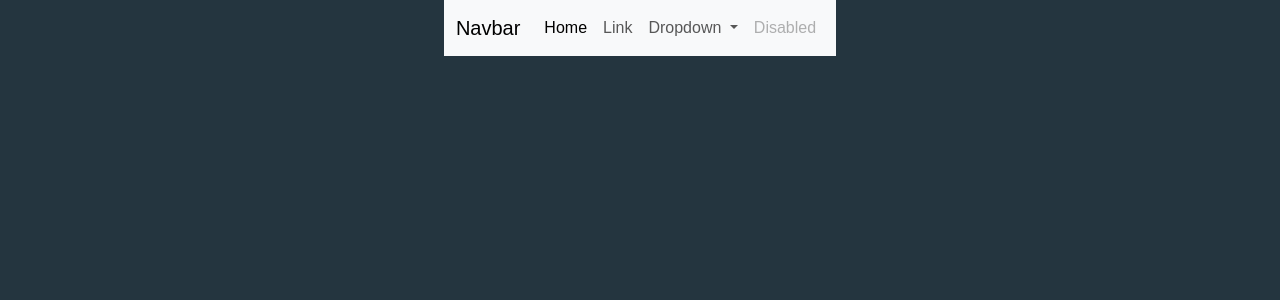
Repository: bodajava/TASK-4
Page: theerdIndex.html
These files come from the project's save history. The page is drawn as it stood at one moment and after the next save; the edit follows.
The browser window is 1280 px wide. The pictures show the whole page.

Above is the page before, as saved 2025-06-18 05:19:57.

### theerdIndex.html
<!DOCTYPE html>
<html lang="en">
  <head>
    <link rel="stylesheet" href="CSS/all.min.css" />
    <link rel="stylesheet" href="CSS/bootstrap.css" />
    <link rel="stylesheet" href="CSS/style.css" />
    <meta charset="UTF-8" />
    <meta name="viewport" content="width=device-width, initial-scale=1.0" />
    <title>Document</title>
  </head>
  <body>
    <nav class="navbar navbar-expand-lg bg-body-tertiary">
      <div class="container-fluid">
        <a class="navbar-brand" href="#">Navbar</a>
        <button
          class="navbar-toggler"
          type="button"
          data-bs-toggle="collapse"
          data-bs-target="#navbarSupportedContent"
          aria-controls="navbarSupportedContent"
          aria-expanded="false"
          aria-label="Toggle navigation"
        >
          <span class="navbar-toggler-icon"></span>
        </button>
        <div class="collapse navbar-collapse" id="navbarSupportedContent">
          <ul class="navbar-nav me-auto mb-2 mb-lg-0">
            <li class="nav-item">
              <a class="nav-link active" aria-current="page" href="#">Home</a>
            </li>
            <li class="nav-item">
              <a class="nav-link" href="#">Link</a>
            </li>
            <li class="nav-item dropdown">
              <a
                class="nav-link dropdown-toggle"
                href="#"
                role="button"
                data-bs-toggle="dropdown"
                aria-expanded="false"
              >
                Dropdown
              </a>
              <ul class="dropdown-menu">
                <li><a class="dropdown-item" href="#">Action</a></li>
                <li><a class="dropdown-item" href="#">Another action</a></li>
                <li><hr class="dropdown-divider" /></li>
                <li>
                  <a class="dropdown-item" href="#">Something else here</a>
                </li>
              </ul>
            </li>
            <li class="nav-item">
              <a class="nav-link disabled" aria-disabled="true">Disabled</a>
            </li>
          </ul>
        </div>
      </div>
    </nav>
    <script src="js/bootstrap.bundle.min.js"></script>
    <script src="js/index.js"></script>
  </body>
</html>

### CSS/style.css
* {
  padding: 0;
  margin: 0;
  box-sizing: border-box;
}

body {
  background-color: #24353f;
  display: flex;
  justify-content: center;
  align-items: center;
  font-family: Arial, sans-serif;
}

#item {
  margin-top: 60px;
  margin-left: 390px;
  margin-right: 390px;
  padding-left: 15px;
  padding-right: 15px;
}

#item2 {
  box-shadow: 0 0 20px rgba(0, 0, 0, 0.2);
  margin-left: 138.75px;
  margin-right: 138.75px;
  padding-left: 60px;
  padding-right: 60px;
  padding-top: 60px;
  padding-bottom: 60px;
}

h1 {
  color: #189bb1;
}

.anchor {
  text-decoration: none;
}

.anchor:hover {
  text-decoration: underline;
}

.paragraph {
  font-size: 20px;
  line-height: 30px;
  font-weight: 400;
  color: white;
}

.paragraph a {
  font-size: 20px;
  line-height: 30px;
  font-weight: 400;
  color: white;
}

.form-control {
  background-color: #24353f;
  border: 1px solid white;
  color: #fff;
  border-radius: 5px;
}

.form-control::placeholder {
  color: #a0a0a0;
}

.form-control:focus {
  background-color: #24353f;
  color: #fff;
  border-color: #189bb1;
  outline: none;
  box-shadow: none;
}

.btnn {
  text-decoration: none;
  color: #189bb1;
}

.btnn:hover {
  color: white;
}

#box {
  box-shadow: 0 0 20px rgba(0, 0, 0, 0.2);
}

Loaded but not shown: CSS/all.min.css (library); CSS/bootstrap.css (library); js/bootstrap.bundle.min.js (library); js/index.js (no copy from this time; the picture is the same without it)

After the next save:
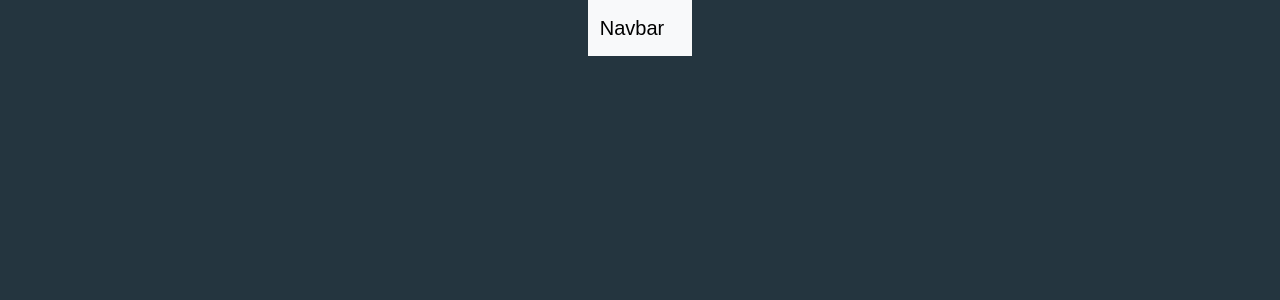
Saved 59 s later.
--- a/theerdIndex.html
+++ b/theerdIndex.html
@@ -12,48 +12,7 @@
     <nav class="navbar navbar-expand-lg bg-body-tertiary">
       <div class="container-fluid">
         <a class="navbar-brand" href="#">Navbar</a>
-        <button
-          class="navbar-toggler"
-          type="button"
-          data-bs-toggle="collapse"
-          data-bs-target="#navbarSupportedContent"
-          aria-controls="navbarSupportedContent"
-          aria-expanded="false"
-          aria-label="Toggle navigation"
-        >
-          <span class="navbar-toggler-icon"></span>
-        </button>
-        <div class="collapse navbar-collapse" id="navbarSupportedContent">
-          <ul class="navbar-nav me-auto mb-2 mb-lg-0">
-            <li class="nav-item">
-              <a class="nav-link active" aria-current="page" href="#">Home</a>
-            </li>
-            <li class="nav-item">
-              <a class="nav-link" href="#">Link</a>
-            </li>
-            <li class="nav-item dropdown">
-              <a
-                class="nav-link dropdown-toggle"
-                href="#"
-                role="button"
-                data-bs-toggle="dropdown"
-                aria-expanded="false"
-              >
-                Dropdown
-              </a>
-              <ul class="dropdown-menu">
-                <li><a class="dropdown-item" href="#">Action</a></li>
-                <li><a class="dropdown-item" href="#">Another action</a></li>
-                <li><hr class="dropdown-divider" /></li>
-                <li>
-                  <a class="dropdown-item" href="#">Something else here</a>
-                </li>
-              </ul>
-            </li>
-            <li class="nav-item">
-              <a class="nav-link disabled" aria-disabled="true">Disabled</a>
-            </li>
-          </ul>
+
         </div>
       </div>
     </nav>
